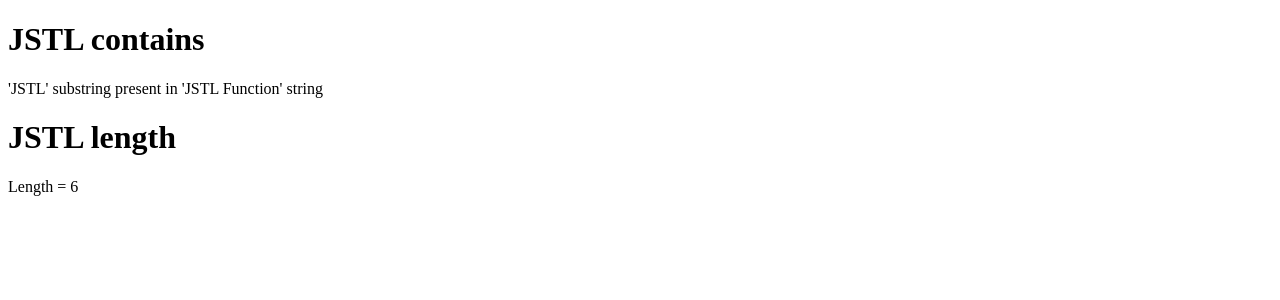
Repository: vedang03/servlet-jsp
Page: http://localhost/07-JSTL-functions/test.jsp
An editor plug-in stored every save of this project. The page is shown before and after the next save, followed by the edit.
The browser window is 1280 px wide. The pictures show the whole page.
The page is served by Tomcat 9.

Above is the page before, as saved 2023-10-12 17:34:16.

### 07-JSTL-functions/WebContent/test.jsp
<%@ page language="java" contentType="text/html; charset=ISO-8859-1"
    pageEncoding="ISO-8859-1"%>
<%@ taglib uri="http://java.sun.com/jsp/jstl/core" prefix="c" %>
<%@ taglib uri="http://java.sun.com/jsp/jstl/functions" prefix="fn" %>
<!DOCTYPE html>
<html>
<head>
<meta charset="ISO-8859-1">
<title>Insert title here</title>
</head>
<body>
<h1>JSTL contains</h1>
<c:set var="str1" value="JSTL Function" ></c:set>
<c:set var="str2" value="JSTL" ></c:set>

 <c:if test="${fn:contains(str1, str2)}">
  <c:out value="'JSTL' substring present in 'JSTL Function' string" />
</c:if>

<h1>JSTL length</h1>
<c:set var="str" value="Vedang" />
Length = ${fn:length(str)}
</body>
</html>

After the next save:
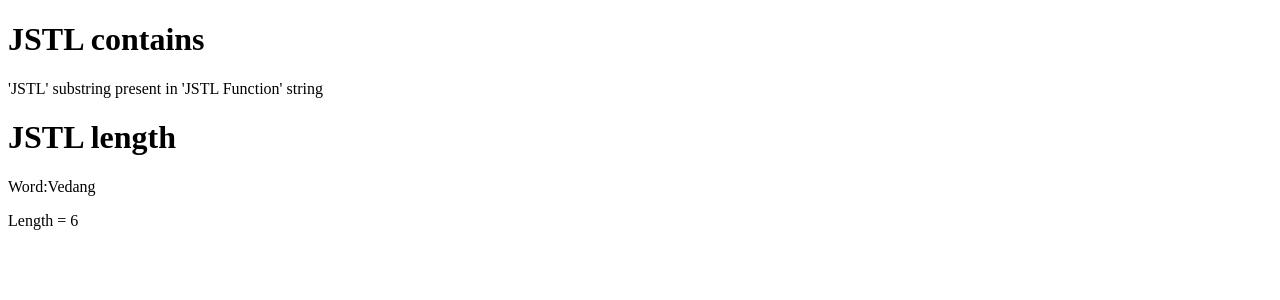
Saved 24 s later.
--- a/07-JSTL-functions/WebContent/test.jsp
+++ b/07-JSTL-functions/WebContent/test.jsp
@@ -19,6 +19,7 @@
 
 <h1>JSTL length</h1>
 <c:set var="str" value="Vedang" />
+<p>Word:Vedang</p>
 Length = ${fn:length(str)}
 </body>
 </html>
